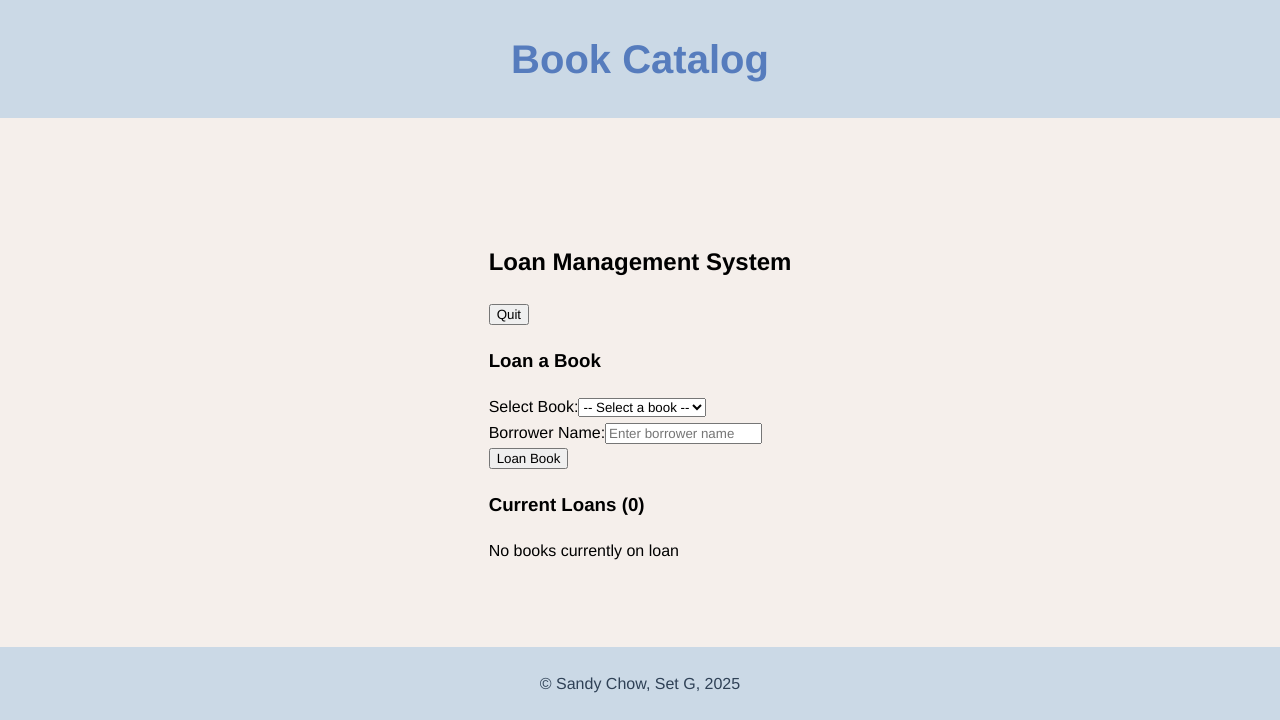
Repository: Bcit-sandy/COMP3170_Lab7
Page: /, after clicking the first element matching `button.view-toggle-button`
The author's editor kept a copy of each file at every save. The page is drawn from the files as they stood at one save, then again after a run of saves.
The browser window is 1280 px wide. The pictures show the whole page.
The project was rebuilt for these pictures with package versions that can differ from the ones it lists, and the page was loaded fresh each time. Also part of the build but not shown: vite.config.js, src/components/Modal/Modal.css, src/components/Info.jsx, src/components/Book.jsx, src/components/Filter/Filter.css, src/components/View Toggle/ViewToggle.css.

Above is the page before, as saved 2025-11-02 15:34:03.

After the next 2 saves:
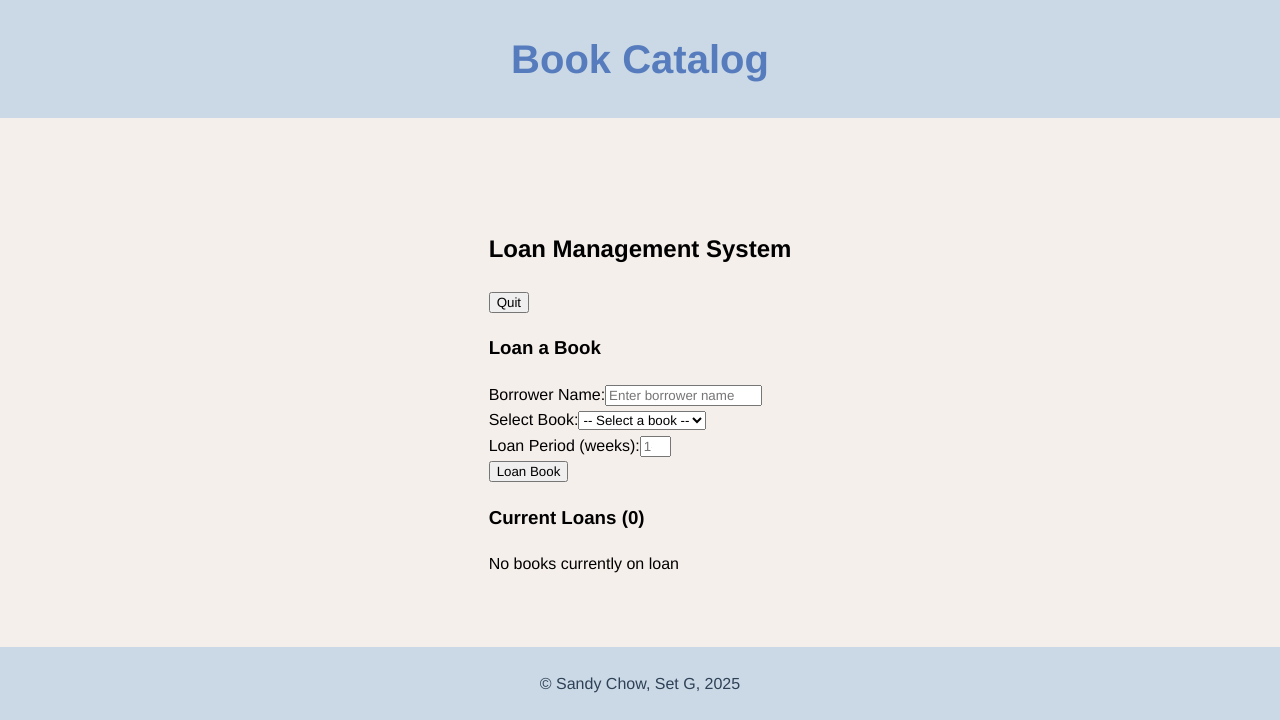
The 2 saves are shown as one change because they came seconds apart.
The last was saved 5 s later.
--- a/src/components/LoanManagement.jsx
+++ b/src/components/LoanManagement.jsx
@@ -82,6 +82,18 @@ function LoanManagement({ books, loans, onLoanChange, onQuit }) {
           <h3>Loan a Book</h3>
           <form onSubmit={handleLoanBook} className="loan-form">
             <div className="form-field">
+              <label htmlFor="borrower-name">Borrower Name:</label>
+              <input
+                id="borrower-name"
+                type="text"
+                value={borrowerName}
+                onChange={(e) => setBorrowerName(e.target.value)}
+                placeholder="Enter borrower name"
+                className="borrower-input"
+              />
+            </div>
+
+            <div className="form-field">
               <label htmlFor="book-select">Select Book:</label>
               <select
                 id="book-select"
@@ -102,14 +114,16 @@ function LoanManagement({ books, loans, onLoanChange, onQuit }) {
             </div>
 
             <div className="form-field">
-              <label htmlFor="borrower-name">Borrower Name:</label>
+              <label htmlFor="loan-period">Loan Period (weeks):</label>
               <input
-                id="borrower-name"
-                type="text"
-                value={borrowerName}
-                onChange={(e) => setBorrowerName(e.target.value)}
-                placeholder="Enter borrower name"
-                className="borrower-input"
+                id="loan-period"
+                type="number"
+                min="1"
+                max="4"
+                value={loanPeriod}
+                onChange={(e) => setLoanPeriod(e.target.value)}
+                placeholder="1-4 weeks"
+                className="loan-period-input"
               />
             </div>
 
@@ -132,6 +146,7 @@ function LoanManagement({ books, loans, onLoanChange, onQuit }) {
                     <div className="loan-book-author">by {loan.book.author}</div>
                     <div className="loan-details">
                       <span className="loan-borrower">Borrower: <strong>{loan.borrower}</strong></span>
+                      <span className="loan-period">Period: <strong>{loan.loanPeriod || 'N/A'} week(s)</strong></span>
                       <span className="loan-date">Loaned on: {formatDate(loan.loanDate)}</span>
                     </div>
                   </div>
